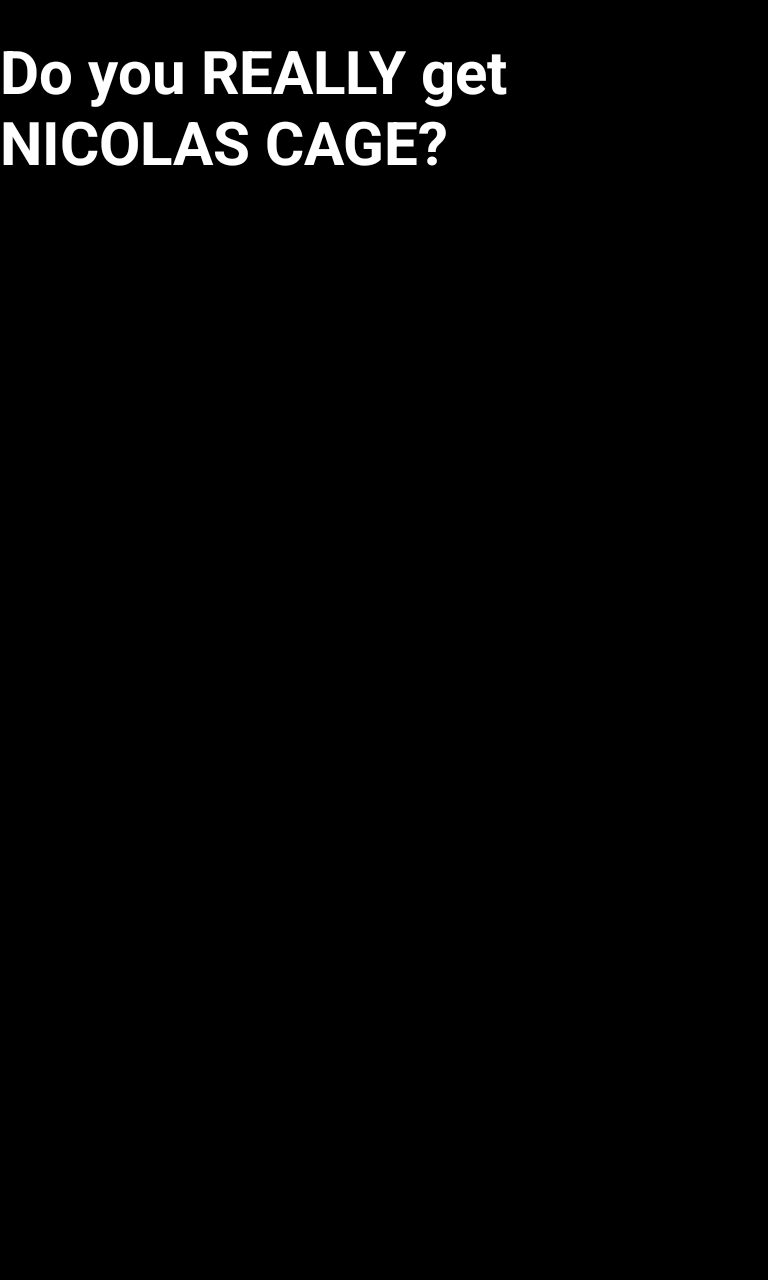
Repository: kylenicola/NicCageMobileApp
Layout: NicolasCageApp/res/layout/activity_score_menu.xml
The author's editor kept a copy of each file at every save. The layout is drawn from the files as they stood at one save, then again after the next save.
It is drawn on a 768 x 1280 px phone screen (xhdpi) without system bars, with theme AppTheme; the app's code is not run.

Above is the layout before, as saved 2014-12-04 00:09:26.

After the next save:
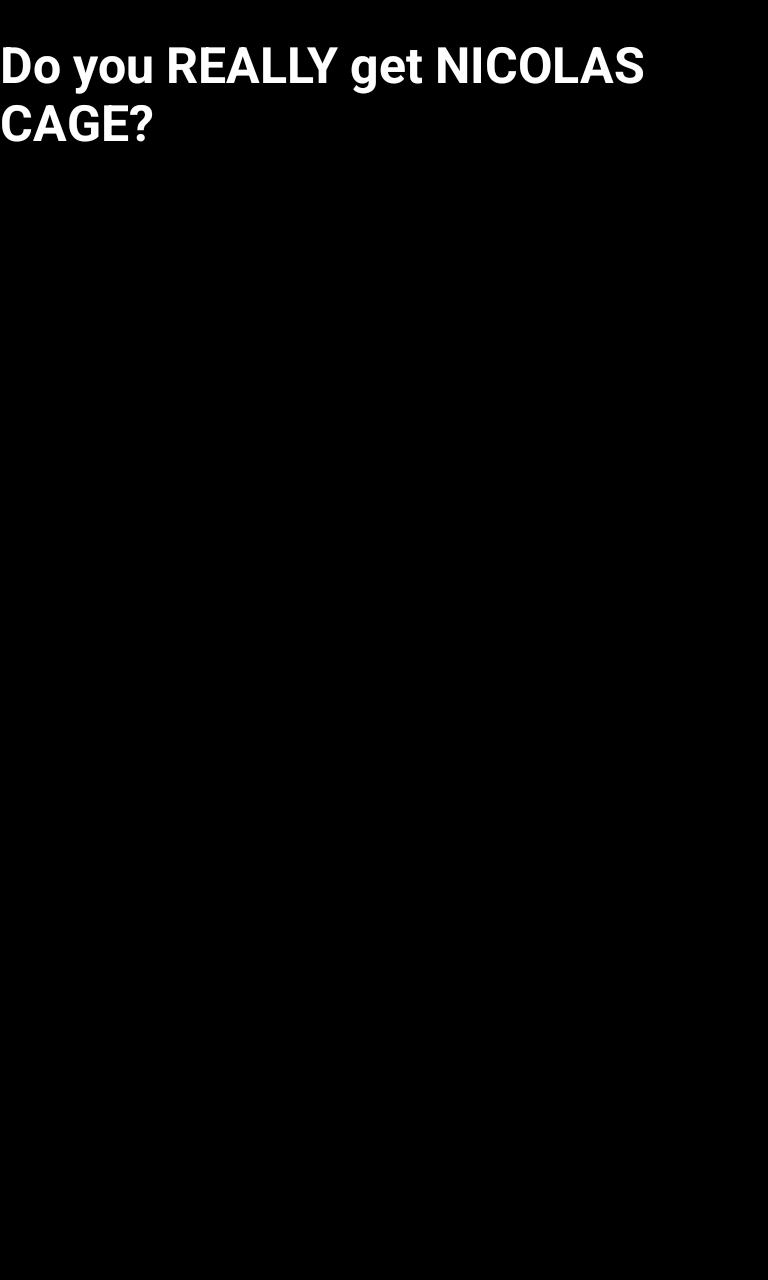
Saved 24 s later.
--- a/NicolasCageApp/res/layout/activity_score_menu.xml
+++ b/NicolasCageApp/res/layout/activity_score_menu.xml
@@ -12,7 +12,7 @@
 	     android:layout_gravity="center"
 	     android:layout_marginTop="15dp"
 	     android:text="@string/score_menu_title"
-	     android:textSize="30sp"
+	     android:textSize="25sp"
 	     android:textStyle="bold"
 	     android:textColor="@android:color/white" />
 
